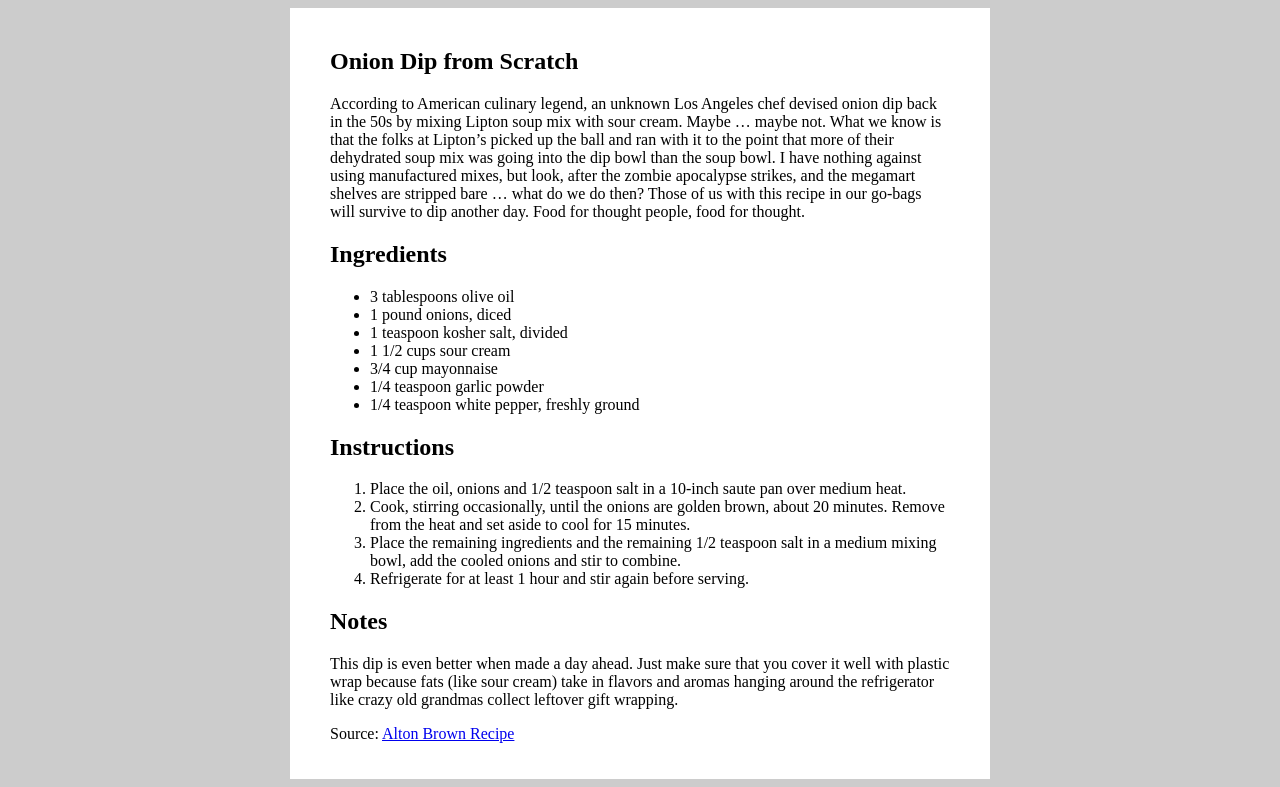
Repository: coltoncherry/mi349fs15
Page: week3/index.html
An editor plug-in stored every save of this project. The page is shown before and after the next save, followed by the edit.
The browser window is 1280 px wide. The pictures show the whole page.

Above is the page before, as saved 2015-09-23 00:59:13.

After the next save:
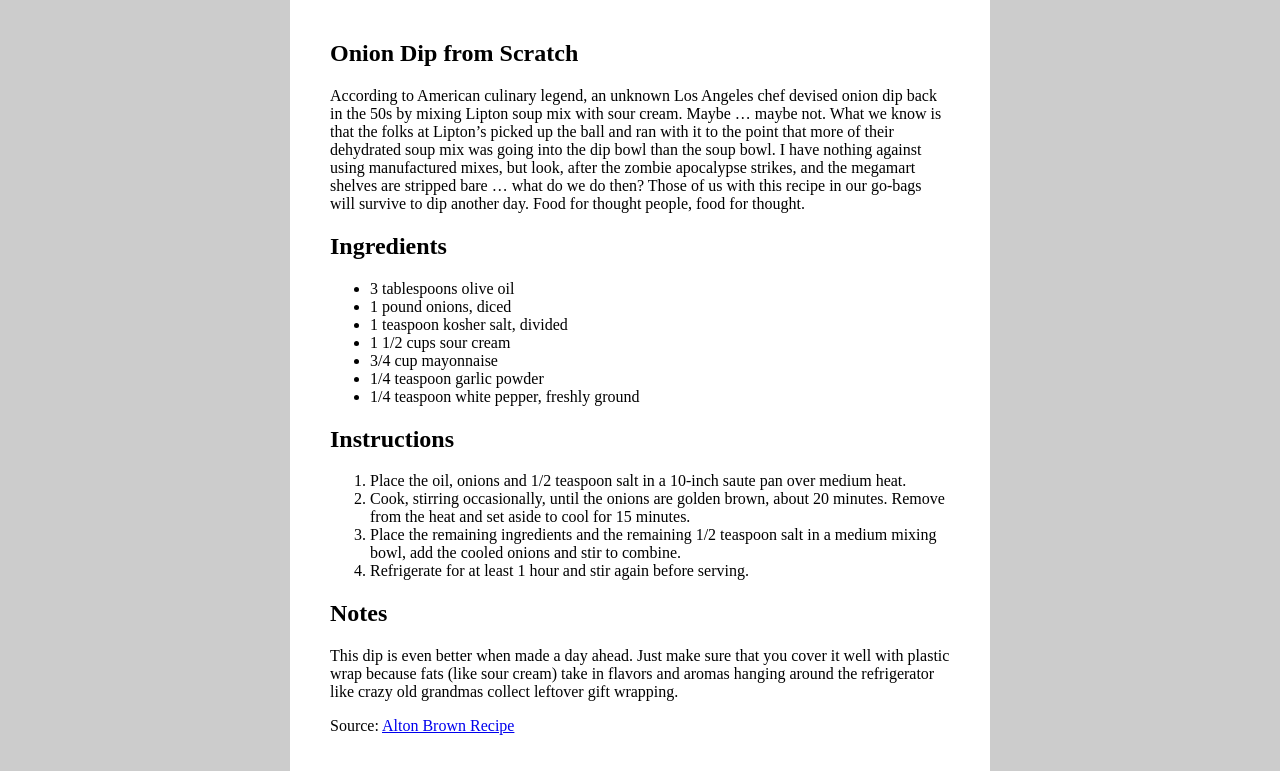
Saved 6 min 12 s later.
--- a/week3/css/style.css
+++ b/week3/css/style.css
@@ -1,5 +1,6 @@
 body {
 	background: #ccc;
+	margin: 0;
 }
 
 .container{
